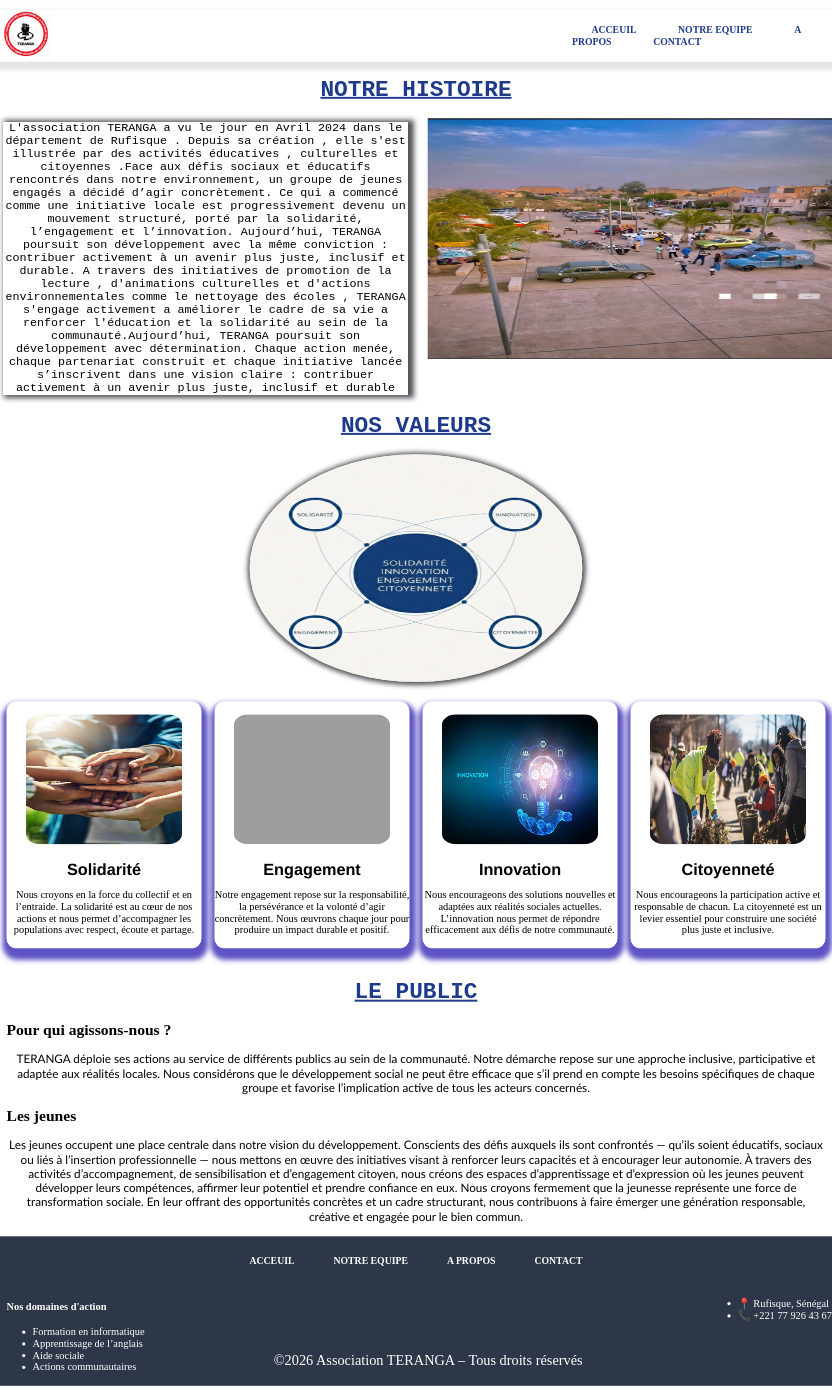
Repository: assanendao171/projet-teranga
Page: propos.html
These files come from the project's save history. The page is drawn as it stood at one moment and after the next save; the edit follows.
The browser window is 1280 px wide. The pictures show the whole page, at 65% of full size.
Pictures or frames that could not be fetched are drawn as grey boxes.

Above is the page before, as saved 2026-02-12 13:52:11.

### propos.html
<!DOCTYPE html>
<html lang="en">
<head>
    <meta charset="UTF-8">
    <meta name="viewport" content="width=device-width, initial-scale=1.0">
    <title>Document</title>
    <link rel="stylesheet" href="propos.css">
</head>
<body>
        <!-- l'entete -->
    <header>
      <!-- logo -->
       <div class="contain-logo">
      <img src="image/logo.jpeg" alt="" class="logo" />
      </div>
      <div class="btn-nav">
        <nav>
          <a href="acceuil.html" target="_blank">ACCEUIL</a>
          <a href="equipe.html" target="_blank">NOTRE EQUIPE</a>
          <a href="propos.html" target="_blank">A PROPOS</a>
          <a href="contact.html" target="_blank">CONTACT</a>

        </nav>
      </div>
    </header>
<!-- corps -->
<main>
<!-- section histoire -->
      <h1 id="histoire">NOTRE HISTOIRE</h1>
<div class="contain-histoire">
<p id="p-histoire">L'association TERANGA a vu le jour en Avril 2024 dans le département de Rufisque . Depuis sa création , elle
    s'est illustrée par des activités éducatives , culturelles et citoyennes .Face aux défis sociaux et éducatifs rencontrés dans notre environnement, un groupe de jeunes engagés a décidé d’agir concrètement.

Ce qui a commencé comme une initiative locale est progressivement devenu un mouvement structuré, porté par la solidarité, l’engagement et l’innovation.

Aujourd’hui, TERANGA poursuit son développement avec la même conviction : contribuer activement à un avenir plus juste, inclusif et durable.
     A travers des initiatives
    de promotion de la lecture , d'animations culturelles et d'actions environnementales comme le
    nettoyage des écoles , TERANGA s'engage activement a améliorer le cadre de sa vie a renforcer l'éducation
    et la solidarité au sein de la communauté.Aujourd’hui, TERANGA poursuit son développement avec détermination. Chaque action menée, chaque partenariat construit et chaque initiative lancée s’inscrivent dans une
    vision claire : contribuer activement à un avenir plus juste, inclusif et durable
</p>
<img src="image/histoireImage.jpeg" alt="photo histoire" class="photo-histoire">
</div>
<h1 id="valeur">NOS VALEURS</h1>
<div class="contain-valeur">
<img src="image/photo-valeur.png" alt="" class="photo-valeur">
</div>
      <div class="contain-image">
        <div class="image1">
          <img
            src="image/solidatité.jpg"
            alt="aide social"
            class="image-aide" />
          <span id="texte-aide-social">Solidarité</span>
          <p>Nous croyons en la force du collectif et en l’entraide.
La solidarité est au cœur de nos actions et nous permet d’accompagner les populations avec respect, écoute et partage.</p>
        </div>
        <!-- ____________________ -->
        <div class="image1">
          <img src="image/engagement.jpg" alt="education" class="image-aide" />
          <span id="texte-aide-social">Engagement</span>
          <p>Notre engagement repose sur la responsabilité, la persévérance et la volonté d’agir concrètement.
Nous œuvrons chaque jour pour produire un impact durable et positif.</p>
        </div>
        <!-- ___________________________________ -->
        <div class="image1">
          <img
            src="image/innovation.jpg"
            alt="environnement"
            class="image-aide" />
          <span id="texte-aide-social">Innovation</span>
          <p>Nous encourageons des solutions nouvelles et adaptées aux réalités sociales actuelles.
L’innovation nous permet de répondre efficacement aux défis de notre communauté.</p>
          <!-- ______________________________________________ -->
        </div>
                <div class="image1">
          <img
            src="image/citoyennete.jpg"
            alt="environnement"
            class="image-aide" />
          <span id="texte-aide-social">Citoyenneté</span>
          <p>Nous encourageons la participation active et responsable de chacun.
La citoyenneté est un levier essentiel pour construire une société plus juste et inclusive.</p>
          <!-- ______________________________________________ -->
        </div>
      </div>

    <!-- le public -->
     <div class="containt-public">
        <h1 id="public">LE PUBLIC</h1>
    <h2>Pour qui agissons-nous ?</h2>
    <p class="p-public">TERANGA déploie ses actions au service de différents publics au sein de la communauté. Notre démarche repose sur une approche inclusive, participative et adaptée aux réalités locales.
        Nous considérons que le développement social ne peut être efficace que s’il prend en compte les besoins spécifiques de chaque groupe et favorise l’implication active de tous les acteurs concernés.</p>
        <h2>Les jeunes</h2>
        <p class="p-public">Les jeunes occupent une place centrale dans notre vision du développement. Conscients des défis auxquels ils sont confrontés — qu’ils soient éducatifs, sociaux ou liés à l’insertion professionnelle — nous mettons en œuvre des initiatives visant à renforcer leurs capacités et à encourager leur autonomie.

À travers des activités d’accompagnement, de sensibilisation et d’engagement citoyen, nous créons des espaces d’apprentissage et d’expression où les jeunes peuvent développer leurs compétences, affirmer leur potentiel et prendre confiance en eux.

Nous croyons fermement que la jeunesse représente une force de transformation sociale. En leur offrant des opportunités concrètes et un cadre structurant, nous contribuons à faire émerger une génération responsable, créative et engagée pour le bien commun.</p>
     </div>
</main>

    <footer>
      <nav class="btn-footer">
        <a href="acceuil.html" target="_blank">ACCEUIL</a>
        <a href="equipe.html" target="_blank">NOTRE EQUIPE</a>
        <a href="propos.html" target="_blank">A PROPOS</a>
        <a href="contact.html" target="_blank">CONTACT</a>

      </nav>
      <div class="contain-footer">
        <div class="liste-footer">
          <h4>Nos domaines d'action</h4>
          <ul>
            <li>Formation en informatique</li>
            <li>Apprentissage de l’anglais</li>
            <li>Aide sociale</li>
            <li>Actions communautaires</li>
          </ul>
        </div>
        <div class="copyright">
          <p>&copy;2026 Association TERANGA – Tous droits réservés</p>
        </div>
        <div class="contact">
          <ul>
            <li>📍 Rufisque, Sénégal</li>
            <li>📞 +221 77 926 43 67</li>
          </ul>
        </div>
      </div>
    </footer>
</body>
</html>

### propos.css
body{
    margin: 15px 0 5px 0;
    background-color: #ffffffa8;
}
header{
width: 100%;
height: 80px;
background-color: #FFFFFF;
box-shadow: 2px 6px 6px 6px rgba(0, 0, 0, 0.1);
display: flex;
align-items: center;
justify-content: center;
gap: 800px;
}
nav a{
    margin: 30px;
    color: #1E3A8A;
    text-decoration: none;
    font-size: 15px;
    font-weight:900;
}
nav a:hover{
    text-decoration: underline;
}
.logo{
    width: 80px;
left: 10px;
}














































footer{
    background-color: #2D3748;
    width: 100%;
    height: 230px;
    margin-top: 20px;
}
.btn-footer{
    display: flex;
    flex-direction: row;
    justify-content: center;

}
.btn-footer a{
    padding: px;
    color: #FFFFFF;
    margin: 10x;
    font-size: 15px;
}
.liste-footer{
    margin-left: 10px;
        color: #FFFFFF;

}
.contact{
    display: flex;
    flex-direction: row;
    justify-content: flex-end;
    color: #FFFFFF;
}
.contain-footer{
    display: flex;
    flex-direction: row;
    justify-content: space-between;
}
.copyright{
        color: #FFFFFF;
    font-size: 22px;
    display: flex;
    flex-direction: column;
    justify-content: flex-end;
}
/* section histoire */
#histoire{
        color: #1E3A8A;

    text-align: center;
    font-size: 35px;
font-family: 'Courier New', Courier, monospace;
text-decoration: underline;

}
.contain-histoire{
    display: flex;
    gap: 25px;
}
#p-histoire{
    text-align: center;
    font-size: 18px;
font-family: 'Courier New', Courier, monospace;
margin: 5px ;
   width: 50%;
    box-shadow: 5px 1px 8px 4px rgba(31, 30, 37, 0.781);
}
.photo-histoire{
    width: 50%;
    height: 370px;
}
#valeur{
        color: #1E3A8A;

    text-align: center;
    font-size: 35px;
font-family: 'Courier New', Courier, monospace;
text-decoration: underline;

}
.photo-valeur{
    width: 40%;
    height: 350px;
border-radius: 50%;
    box-shadow: 1px 1px 8px 4px rgba(31, 30, 37, 0.781);
}
.contain-valeur{
    display: flex;
    flex-direction: row;
    justify-content: center;
}

.contain-image{
    padding-top: 30px;
    display: flex;
    gap: 20px;
    text-align: center;
    justify-content: center;
    align-items: center;
}
.image1{
    width: 300px;
    height: 380px;
    text-align: center;
    background-color: rgb(255, 255, 255);
    border-radius: 15px;
    box-shadow: 2px 10px 8px 8px rgba(49, 34, 180, 0.781);
    color: #000000;

}
.image-aide{
        width: 240px;
    height: 200px;
    padding: 20px;
    border-radius: 15%;
}
.image-aide:hover{
    transition: 0.5s;
    transform: scale(1.1);
}
#texte-aide-social{
        font-size: 25px;
        font-weight:bold;
font-family:'Franklin Gothic Medium', 'Arial Narrow', Arial, sans-serif
}
#public{
        color: #1E3A8A;
padding-top: 25px;
    text-align: center;
    font-size: 35px;
font-family: 'Courier New', Courier, monospace;
text-decoration: underline;
}
.containt-public{
    margin: 10px;
}
.p-public{
        text-align: center;
    font-size: 18px;
font-family:'Trebuchet MS', 'Lucida Sans Unicode', 'Lucida Grande', 'Lucida Sans', Arial, sans-serif
}

After the next save:
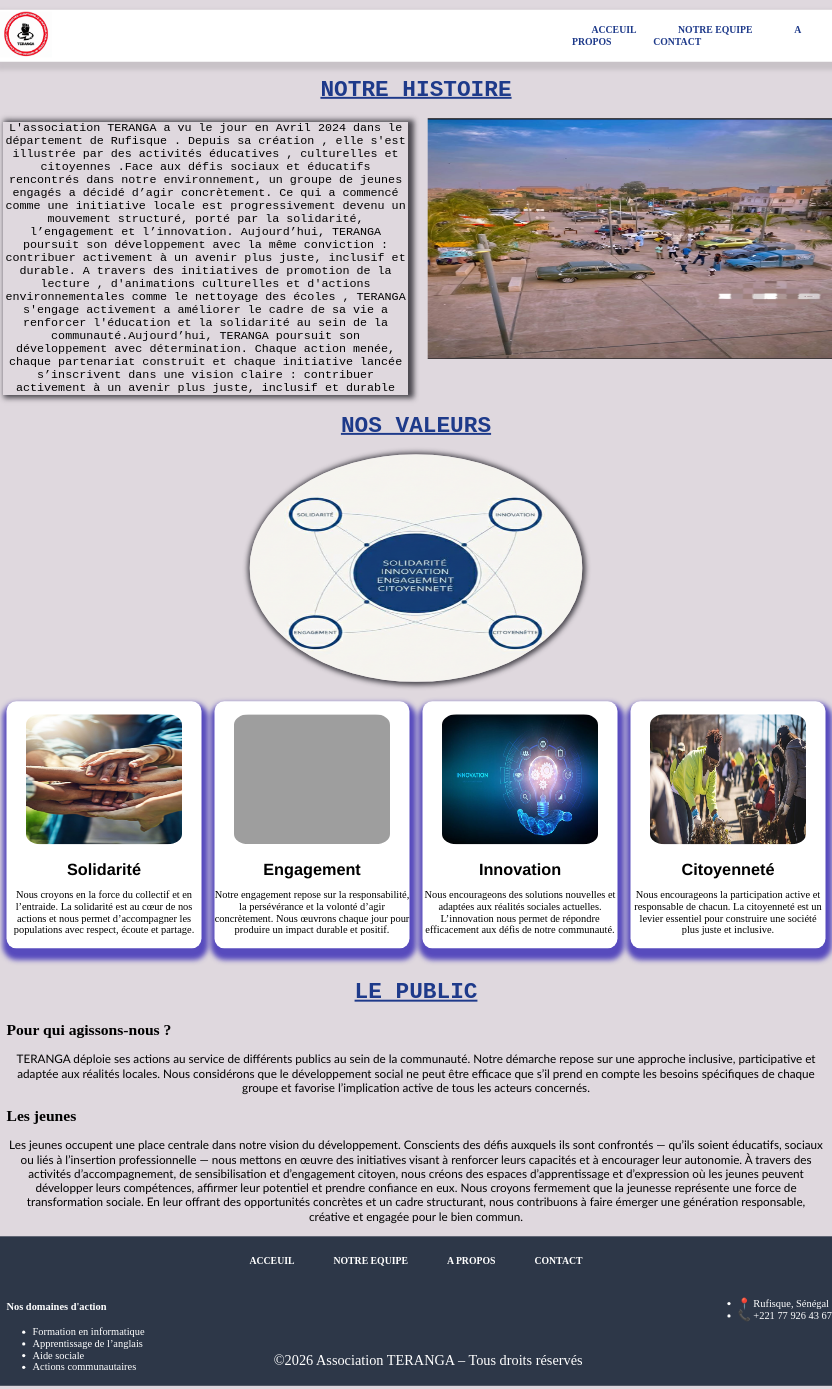
Saved 6 s later.
--- a/propos.css
+++ b/propos.css
@@ -1,6 +1,6 @@
 body{
     margin: 15px 0 5px 0;
-    background-color: #ffffffa8;
+    background-color: #cfc4cda8;
 }
 header{
 width: 100%;

After the save that followed:
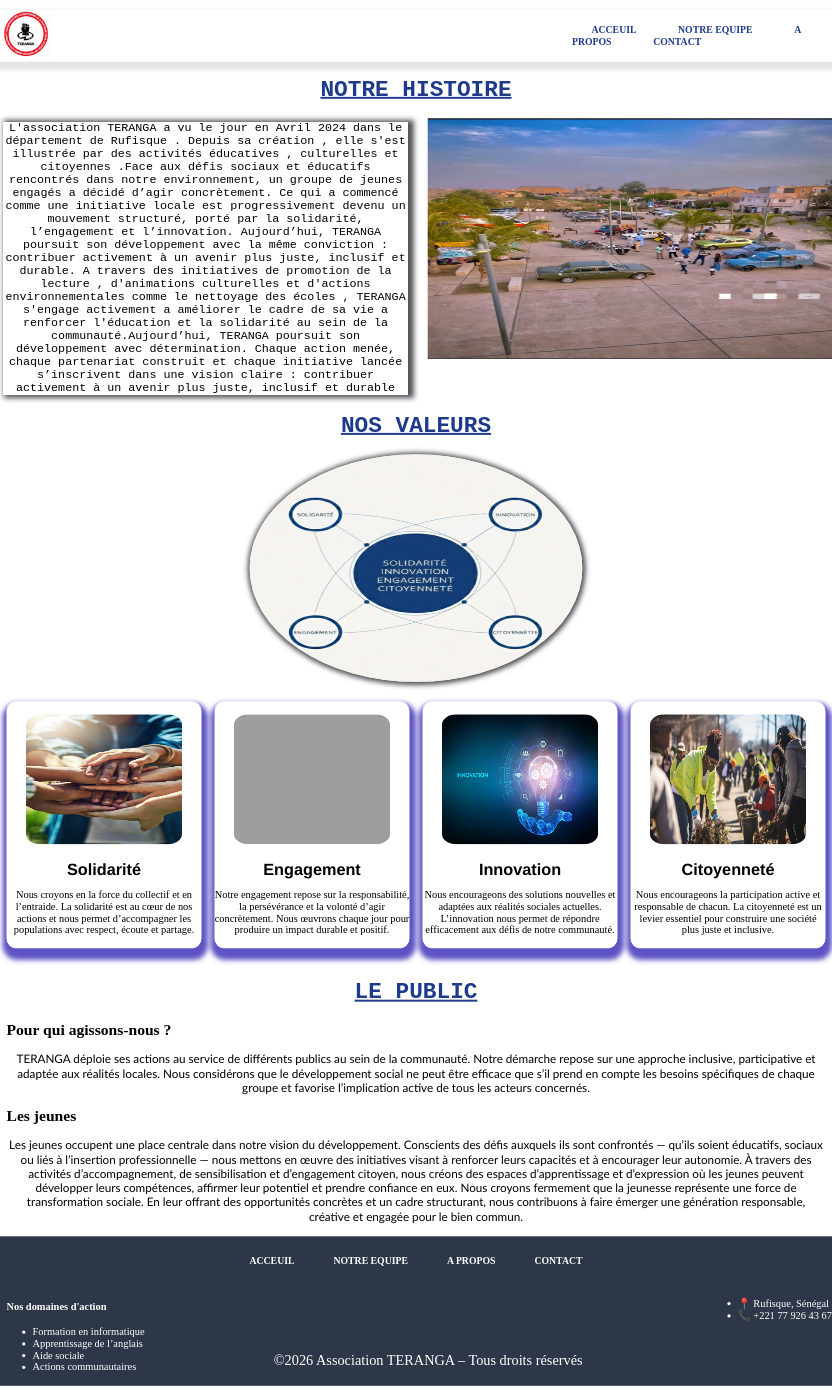
Saved 4 s later.
--- a/propos.css
+++ b/propos.css
@@ -1,6 +1,6 @@
 body{
     margin: 15px 0 5px 0;
-    background-color: #cfc4cda8;
+    background-color: #ffffffa8;
 }
 header{
 width: 100%;
